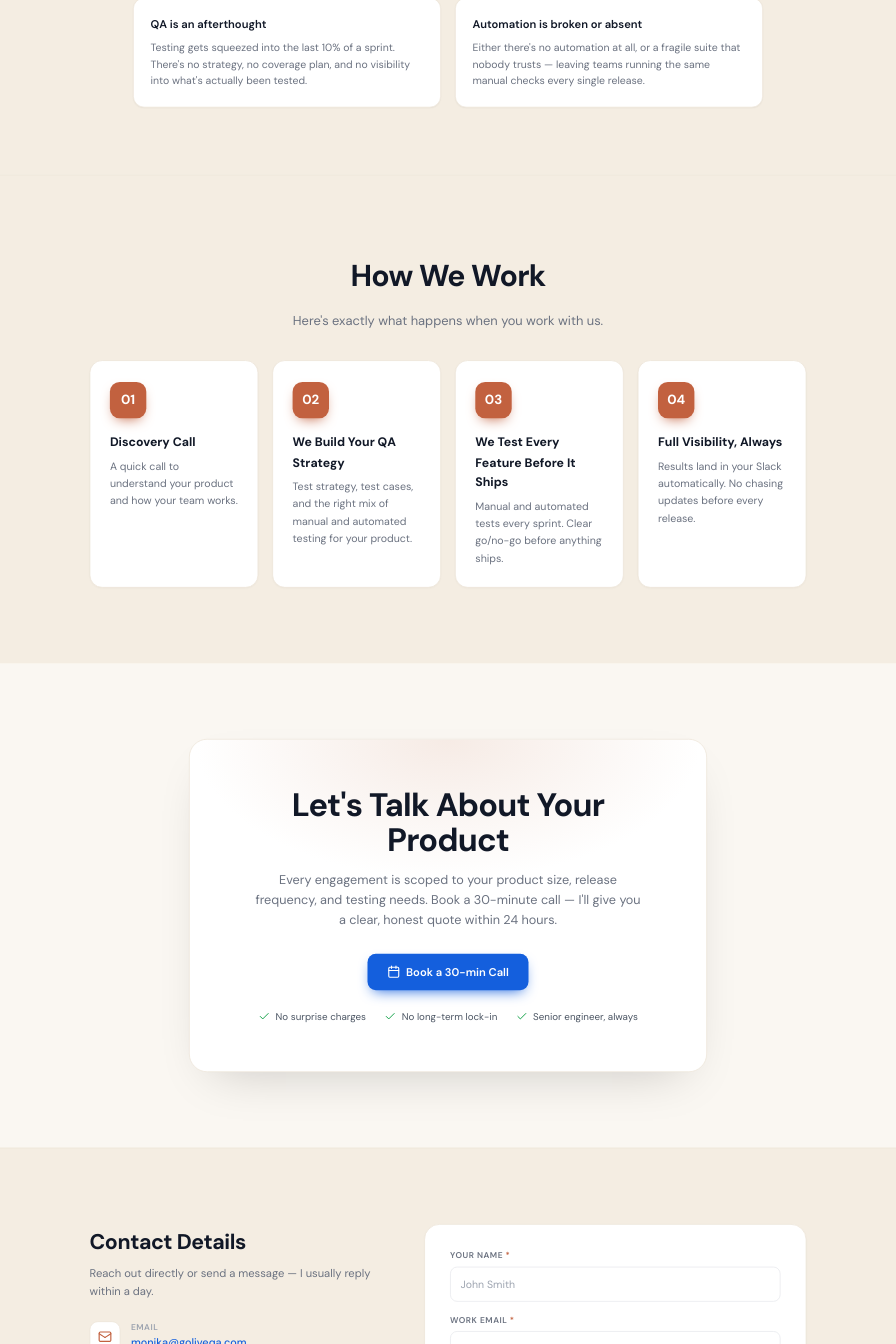
Repository: Monika281992/GoLiveQA
Page: /
These files come from the project's save history. The page is drawn as it stood at one moment and after the next save; the edit follows.
The browser window is 1280 px wide. The pictures show the part of the page from y = 981 to 2901 px (the page is 3589 px tall before and 3645 px after), at 70% of full size.
The project was rebuilt for these pictures with package versions that can differ from the ones it lists, and the page was loaded fresh each time. The framework's server and built-in components were replaced by stand-ins that run in the browser. Also part of the build but not shown: next.config.mjs.

Above is the page before, as saved 2026-06-27 13:03:39.

After the next save:
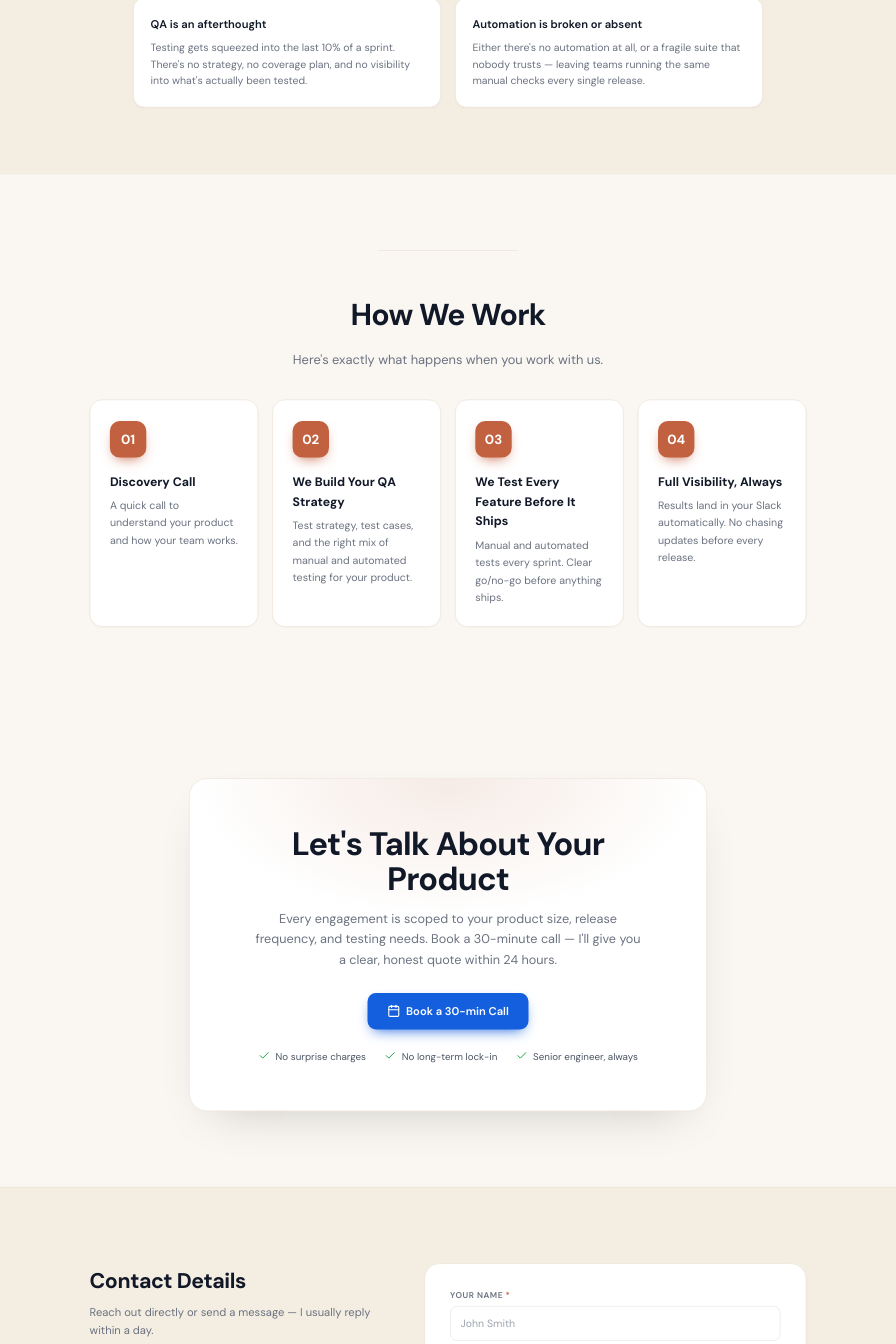
Saved 35 s later.
--- a/components/process.tsx
+++ b/components/process.tsx
@@ -27,9 +27,12 @@ export function Process() {
   return (
     <section
       id="process"
-      className="border-t border-hairline bg-surface-soft py-16 md:py-24 lg:py-[108px]"
+      className="bg-surface py-16 md:py-24 lg:py-[108px]"
     >
       <div className="mx-auto max-w-container px-5 sm:px-8 lg:px-12">
+        <div className="mx-auto mb-14 max-w-[200px]">
+          <div className="h-px w-full bg-hairline" />
+        </div>
         <div className="mx-auto max-w-[660px] text-center">
           <h2 className="text-[clamp(2rem,4.4vw,2.7rem)] font-bold tracking-[-0.025em] text-ink">
             How We Work
